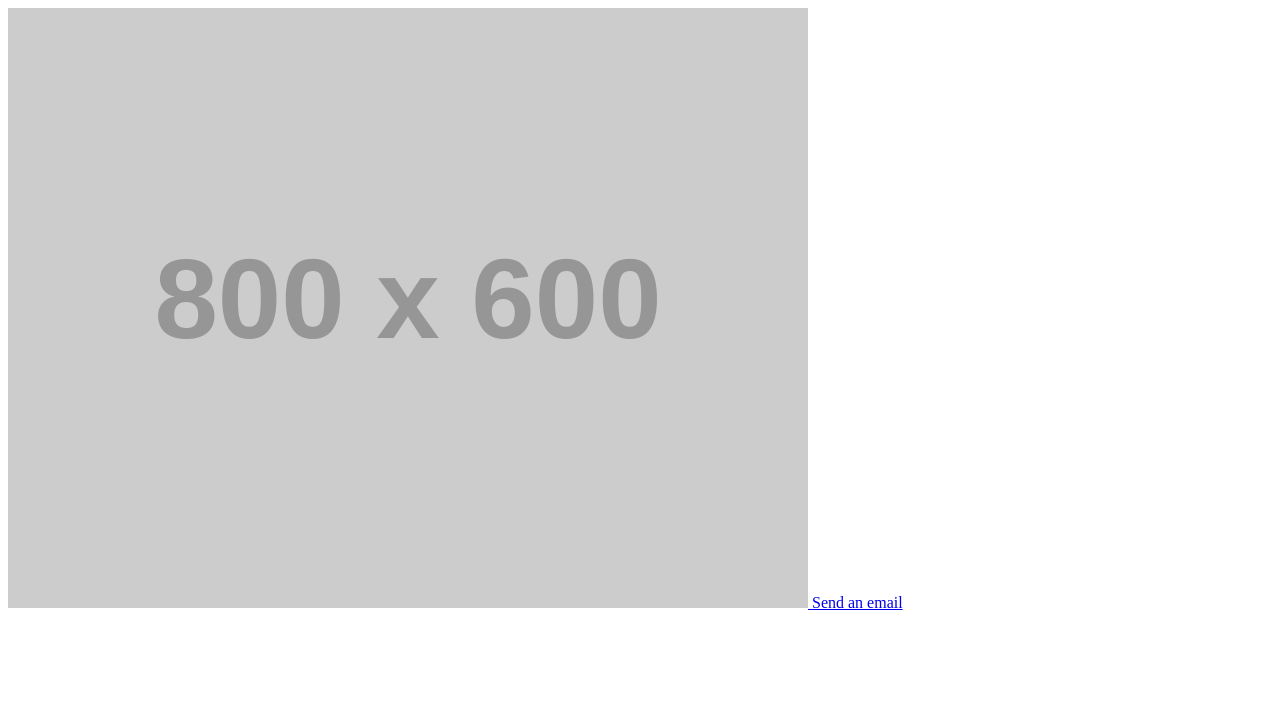
Repository: brianratemo/images.html
Page: hot2.html
An editor plug-in stored every save of this project. The page is shown before and after the next save, followed by the edit.
The browser window is 1280 px wide. The pictures show the whole page.

Above is the page before, as saved 2023-03-20 19:12:39.

### hot2.html
<a href="https://www.example.com"> <img src="https://via.placeholder.com/800x600.png" alt="Alternative Text"</a>
<a href="mailtowebmaster@example.com">Send an email</a>

After the next save:
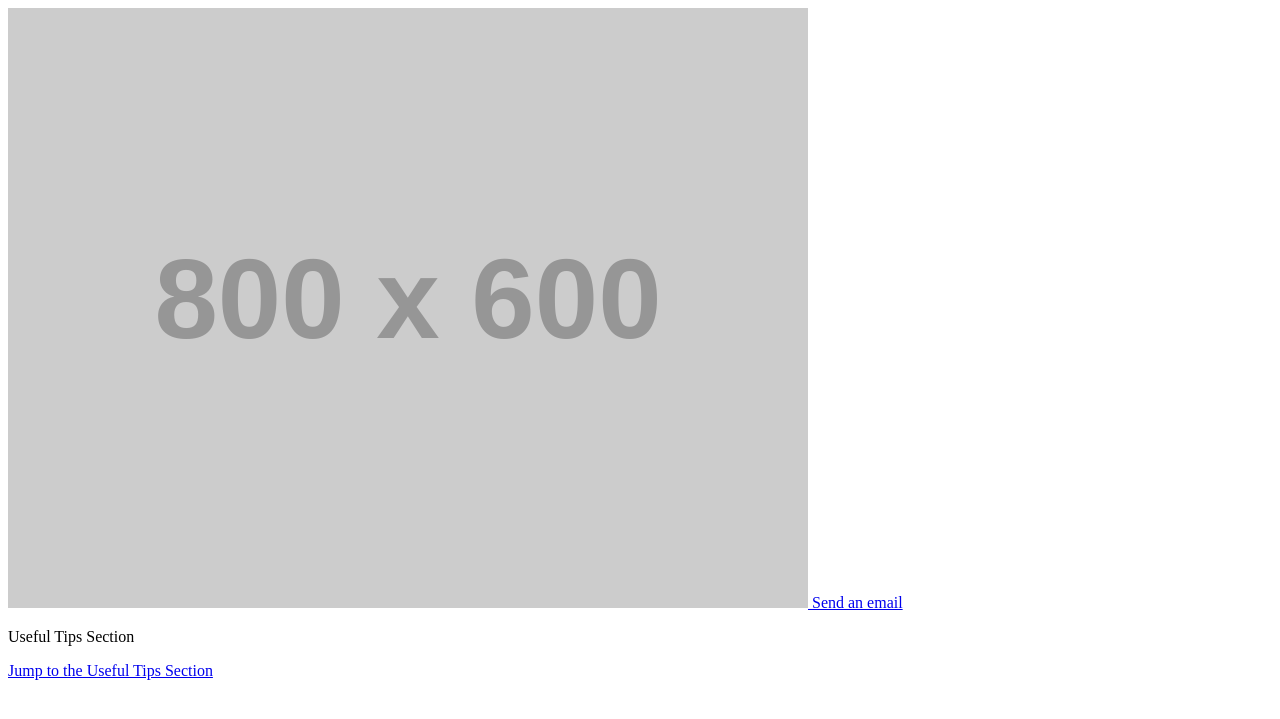
Saved 3 min 37 s later.
--- a/hot2.html
+++ b/hot2.html
@@ -1,2 +1,4 @@
 <a href="https://www.example.com"> <img src="https://via.placeholder.com/800x600.png" alt="Alternative Text"</a>
 <a href="mailtowebmaster@example.com">Send an email</a>
+<p id="tips">Useful Tips Section</p>
+<a href="#tips">Jump to the Useful Tips Section</a>
